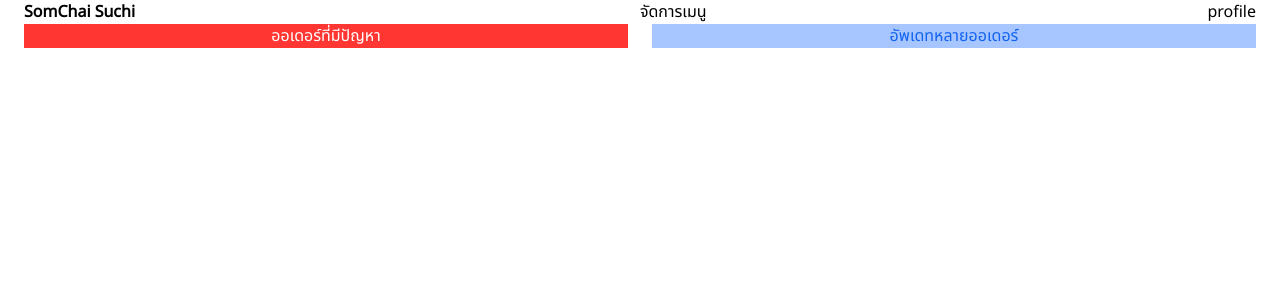
Repository: Pingping1004/food-ordering
Page: / (app in frontend/)
An editor plug-in stored every save of this project. The page is shown before and after the next save, followed by the edit.
The browser window is 1280 px wide. The pictures show the whole page.
The project was rebuilt for these pictures with package versions that can differ from the ones it lists, and the page was loaded fresh each time. The framework's server and built-in components were replaced by stand-ins that run in the browser. Also part of the build but not shown: frontend/next.config.ts.

Above is the page before, as saved 2025-06-04 04:25:41.

After the next save:
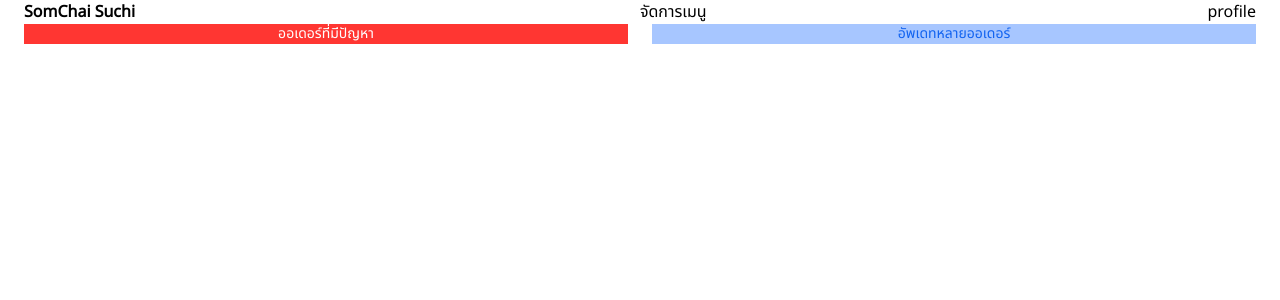
Saved 5 s later.
--- a/frontend/src/app/page.tsx
+++ b/frontend/src/app/page.tsx
@@ -4,7 +4,7 @@ export default function CookerHomePage() {
     return (
         <div>
             <CookerHeader />
-            <section className="grid grid-cols-2 px-6 gap-6 noto-sans-regular">
+            <section className="grid grid-cols-2 px-6 gap-6 noto-sans-regular text-sm">
                 <button className="bg-danger-main text-white">ออเดอร์ที่มีปัญหา</button>
                 <button className="bg-primary-light text-primary-main">อัพเดทหลายออเดอร์</button>
             </section>
